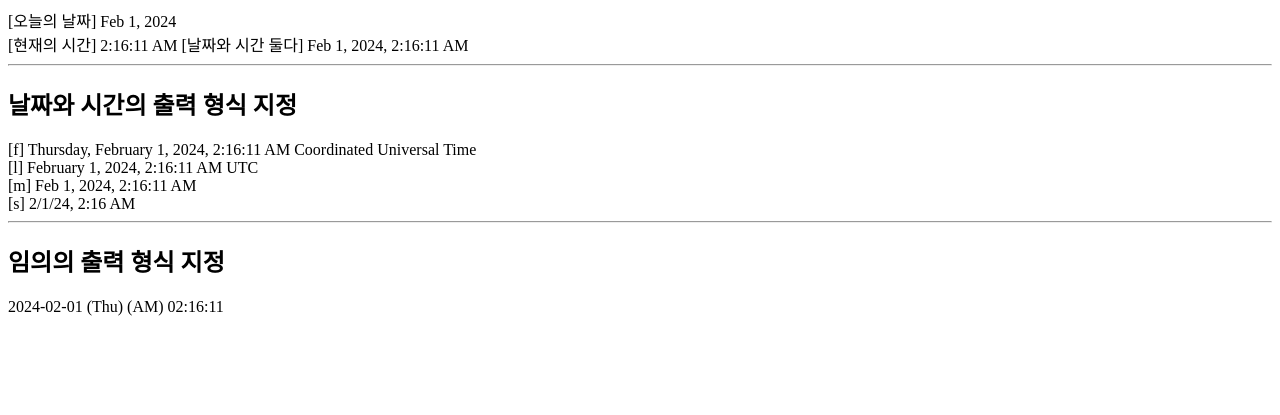
Repository: seonghun9906/sts3-Springboot
Page: http://localhost/spring-jsp02/today
An editor plug-in stored every save of this project. The page is shown before and after the next save, followed by the edit.
The browser window is 1280 px wide. The pictures show the whole page.
The page is served by Tomcat 9. Other server files are loaded and not shown.

Above is the page before, as saved 2024-02-05 04:38:38.

### spring-jsp02/src/main/webapp/WEB-INF/views/today.jsp
<%@page import="java.util.Date"%>
<%@ page language="java" contentType="text/html; charset=UTF-8"
    pageEncoding="UTF-8"%>
<%@ taglib uri="http://java.sun.com/jsp/jstl/core" prefix="c" %>
<%@ taglib uri="http://java.sun.com/jsp/jstl/fmt" prefix="fmt" %>

<c:set var="date" value="<%=new Date()%>"/>

<!DOCTYPE html>
<html>
<head>
<meta charset="UTF-8">
<title>현재 일시</title>
</head>
<body>
[오늘의 날짜] <fmt:formatDate value="${date}"/><br>
[현재의 시간] <fmt:formatDate value="${date}" type="time"/>
[날짜와 시간 둘다] <fmt:formatDate value="${date}" type="both"/>
<hr>
<h2>날짜와 시간의 출력 형식 지정</h2>
[f] <fmt:formatDate value="${date}" type="both"
		dateStyle="full" timeStyle="full"/><br>
[l] <fmt:formatDate value="${date}" type="both"
		dateStyle="long" timeStyle="long"/><br>
[m] <fmt:formatDate value="${date}" type="both"
		dateStyle="medium" timeStyle="medium"/><br>
[s] <fmt:formatDate value="${date}" type="both"
		dateStyle="short" timeStyle="short"/><br>
<hr>
<h2>임의의 출력 형식 지정</h2>
<fmt:formatDate value="${date}" pattern="yyyy-MM-dd (E)"/>
<fmt:formatDate value="${date}" type="time" pattern="(a) hh:mm:ss"/>

</body>
</html>

After the next save:
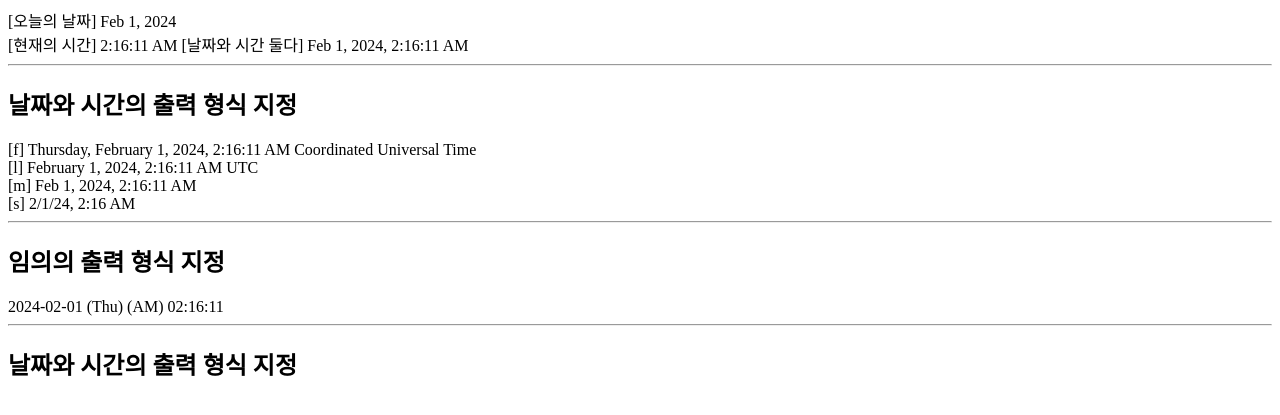
Saved 2 min 11 s later.
--- a/spring-jsp02/src/main/webapp/WEB-INF/views/today.jsp
+++ b/spring-jsp02/src/main/webapp/WEB-INF/views/today.jsp
@@ -31,5 +31,7 @@
 <fmt:formatDate value="${date}" pattern="yyyy-MM-dd (E)"/>
 <fmt:formatDate value="${date}" type="time" pattern="(a) hh:mm:ss"/>
 
+<hr>
+<h2>날짜와 시간의 출력 형식 지정</h2>
 </body>
 </html>
